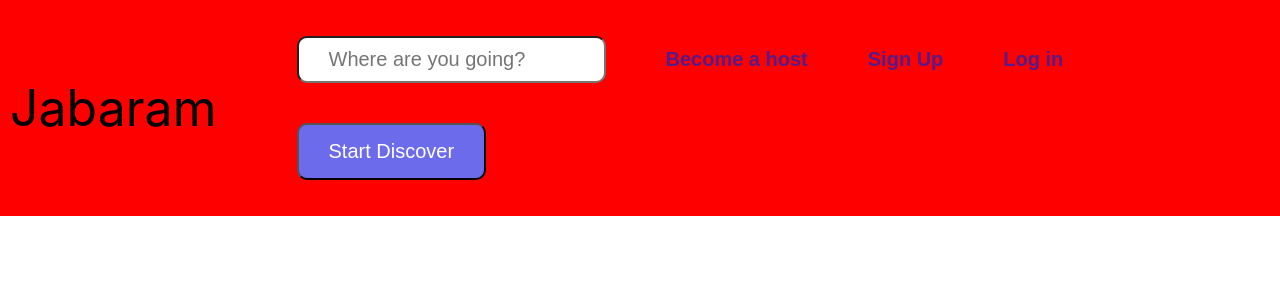
Repository: manahiang/Jabaram-web
Page: / (app in src/)
The author's editor kept a copy of each file at every save. The page is drawn from the files as they stood at one save, then again after the next save.
The browser window is 1280 px wide. The pictures show the whole page.
The project was rebuilt for these pictures with package versions that can differ from the ones it lists, and the page was loaded fresh each time. Also part of the build but not shown: src/src/App.css.

Above is the page before, as saved 2022-11-30 00:18:35.

After the next save:
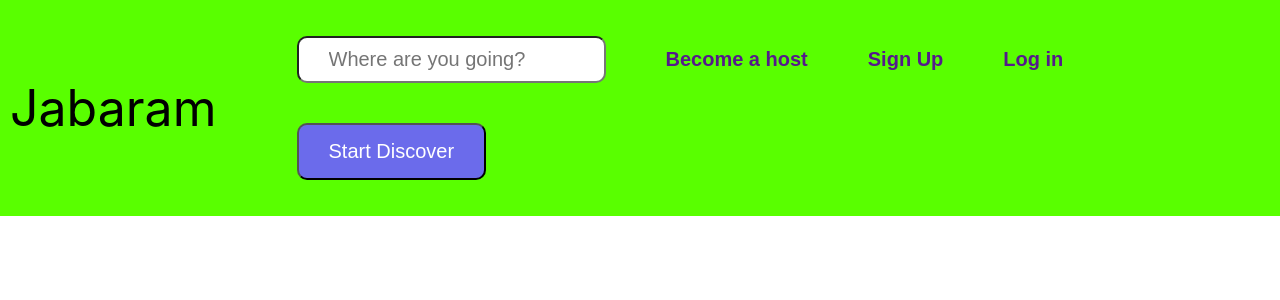
Saved 9 h 10 min later.
--- a/src/src/index.css
+++ b/src/src/index.css
@@ -20,7 +20,7 @@ code {
 .header{
   max-width: 1780px;
   height: auto;
-  background-color: red;
+  background-color: rgb(89, 255, 0);
   margin: auto;
   display: flex;
   align-items: center;
